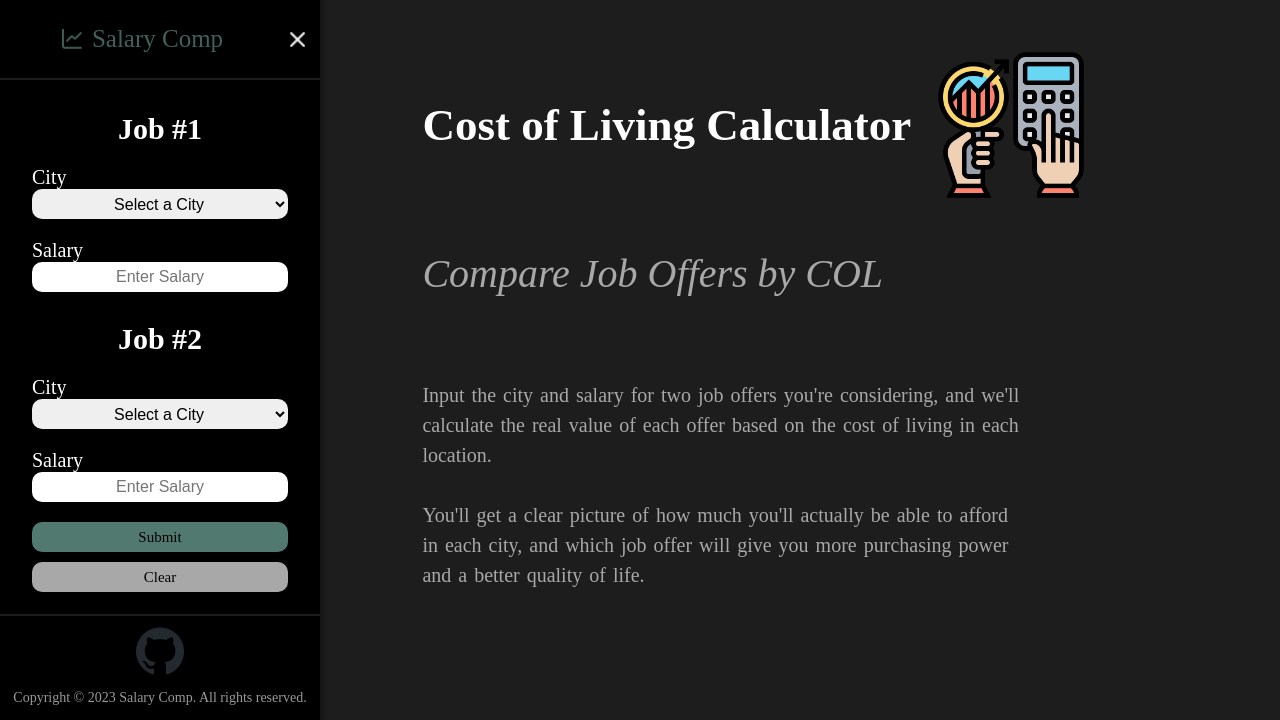
Repository: robbymcd/Salary-Comp
Page: /
These files come from the project's save history. The page is drawn as it stood at one moment and after the next save; the edit follows.
The browser window is 1280 px wide. The pictures show the whole page.
Some web fonts or font styles are not loaded; a fallback is used. The project was rebuilt for these pictures with package versions that can differ from the ones it lists, and the page was loaded fresh each time. Also part of the build but not shown: src/Main.css, src/Main.js.

Above is the page before, as saved 2023-06-16 10:56:45.

After the next save:
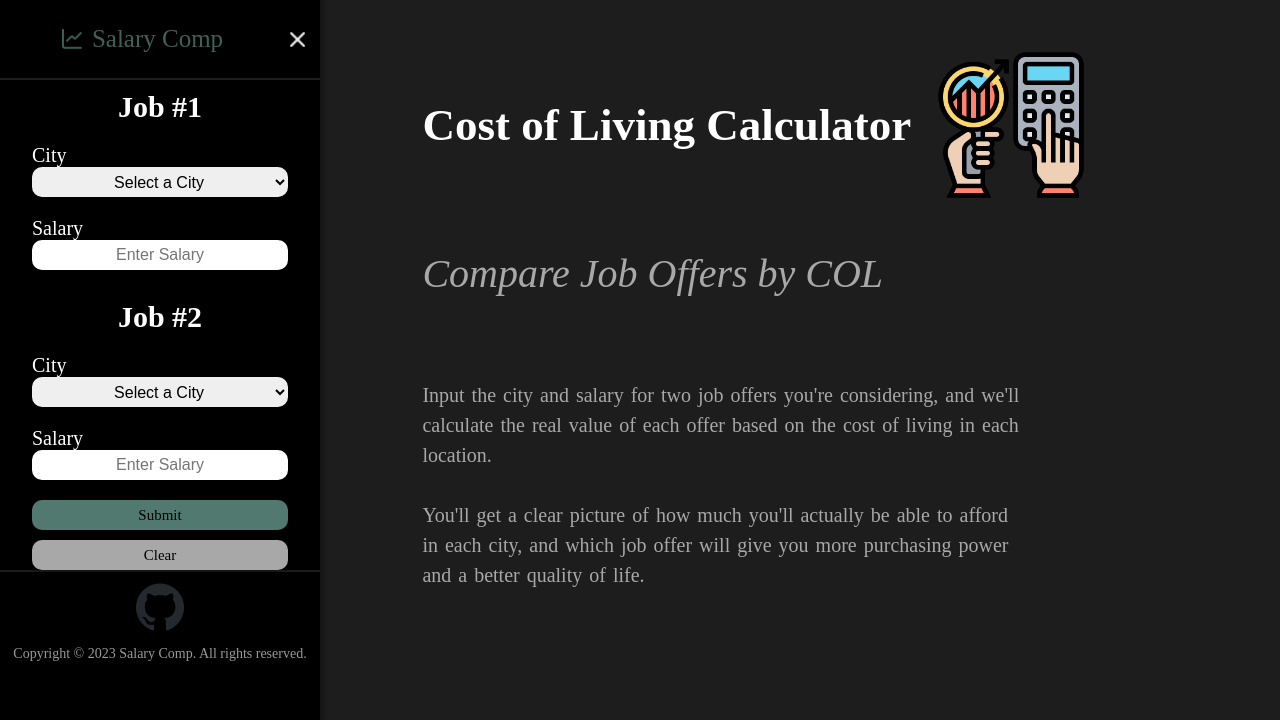
Saved 3 min 36 s later.
--- a/src/OpenSidebar.css
+++ b/src/OpenSidebar.css
@@ -87,7 +87,7 @@
     display: flex;
     flex-direction: column;
     font-family: Mukta Vaani;
-    height: 100%;
+    height: fit-content;
     align-items: center;
     gap: 20px;
     border-bottom: 2px solid #1d1d1d;
